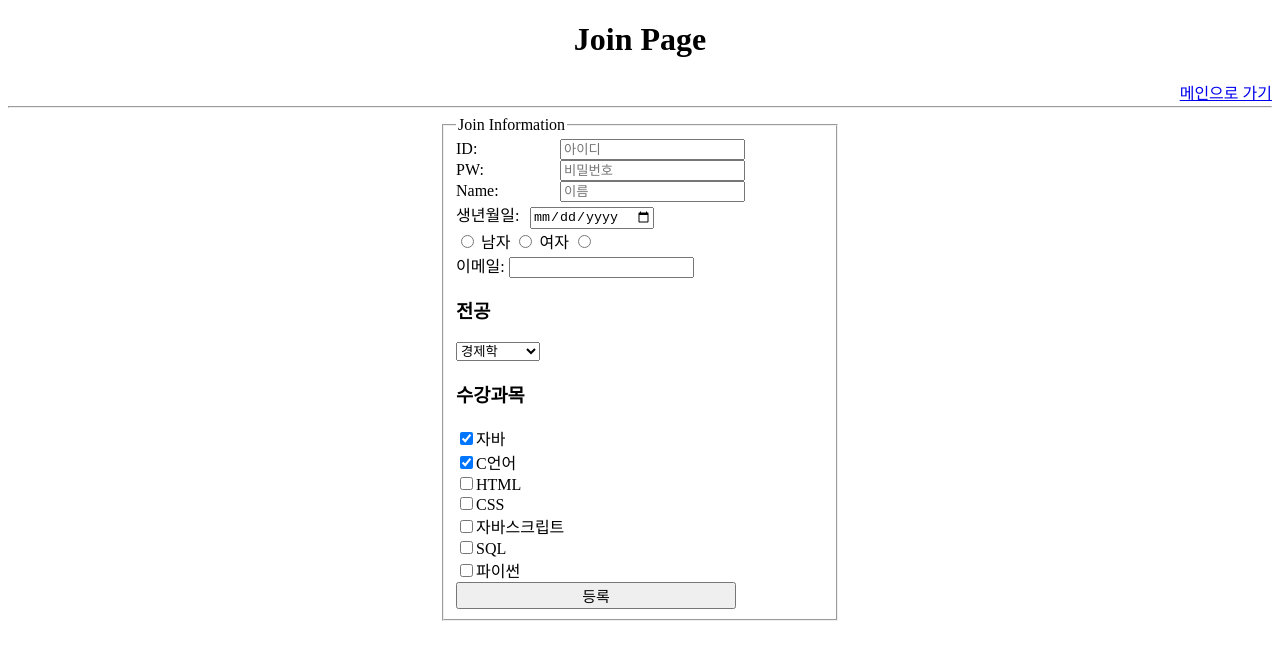
Repository: ByeonYJ/CSSTest
Page: GMSUI/WebContent/member/join.html
The author's editor kept a copy of each file at every save. The page is drawn from the files as they stood at one save, then again after the next save.
The browser window is 1280 px wide. The pictures show the whole page.

Above is the page before, as saved 2017-07-20 03:30:48.

### GMSUI/WebContent/member/join.html
<!DOCTYPE html>
<html>
<head>
<meta charset="UTF-8">
<title>Insert title here</title>
<style>
.text-center{text-align: center;}
.border-black{border: 1px solid black;}
.width-30pro{width:30%}
.text-deco-none{text-decoration: none;}
.table-border{border-collapse: collapse;}
.margin-auto{margin:0 auto;}
.list-none{list-style-type:none;}
.inline-block{display:inline-block}
.bgcolor-yellow{background-color:yellow;}
.bgcolor-red{background-color:red;}
.bgcolor-blue{background-color:blue;}
.float-right{float:right}
</style>
</head>
<body>
<div id="wrapper" class="width-100pro">
<h1 style="text-align: center;">Join Page</h1>
<a href="..index.html"class="float-right">메인으로 가기</a><br/>
<hr/>
</div>
<div id="container" class="margin-auto" style="width: 400px">
	<form id="join_form "action="">
		<fieldset>
		<legend>Join Information</legend>
			<span style="width: 100px; display: inline-block;">ID: </span>
			<input name="id" type="text" placeholder="아이디" /><br />
			<span style="width: 100px; display: inline-block;">PW: </span>
			<input name="password" type="password" placeholder="비밀번호"/><br />
			<span style="width: 100px; display: inline-block;">Name: </span>
			<input name="name" type="text" placeholder="이름"/><br />
			<span style="width: 70px; display: inline-block;">생년월일: </span>
			<input name="birthday" type="date" placeholder="생년월일"/><br />
			<input type="radio" name="gender" value="male"/> 남자
			<input type="radio" name="gender" value="female"/> 여자
			<input type="radio" name="gender" value="female"/>
			<br />
			이메일: <input type="email" name="email"/>
			<h3>전공</h3>
			<select name=major"" id="">
				<option value="computer" >컴퓨터공학</option>
				<option value="economics" selected="selected">경제학</option>
				<option value="tourism">관광학</option>
				<option value="art">미술학</option>
			</select><br />
			<h3>수강과목</h3>
			<input type="checkbox" name="subject" value="java" checked/>자바<br />
			<input type="checkbox" name="subject" value="c" checked/>C언어<br />
			<input type="checkbox" name="subject" value="html"/>HTML<br />
			<input type="checkbox" name="subject" value="css"/>CSS<br />
			<input type="checkbox" name="subject" value="javascript"/>자바스크립트<br />
			<input type="checkbox" name="subject" value="sql"/>SQL<br />
			<input type="checkbox" name="subject" value="python"/>파이썬<br />
			<input type="submit" value="등록" style="bgcolor-blue color: white; font-size: 15px; width: 280px;/>
			<input type="reset" value="취소" style="bgcolor-red color: white; font-size: 15px; width: 280px;"/>
		</fieldset>
	</form>
</div>
</div>
</body>
</html>

After the next save:
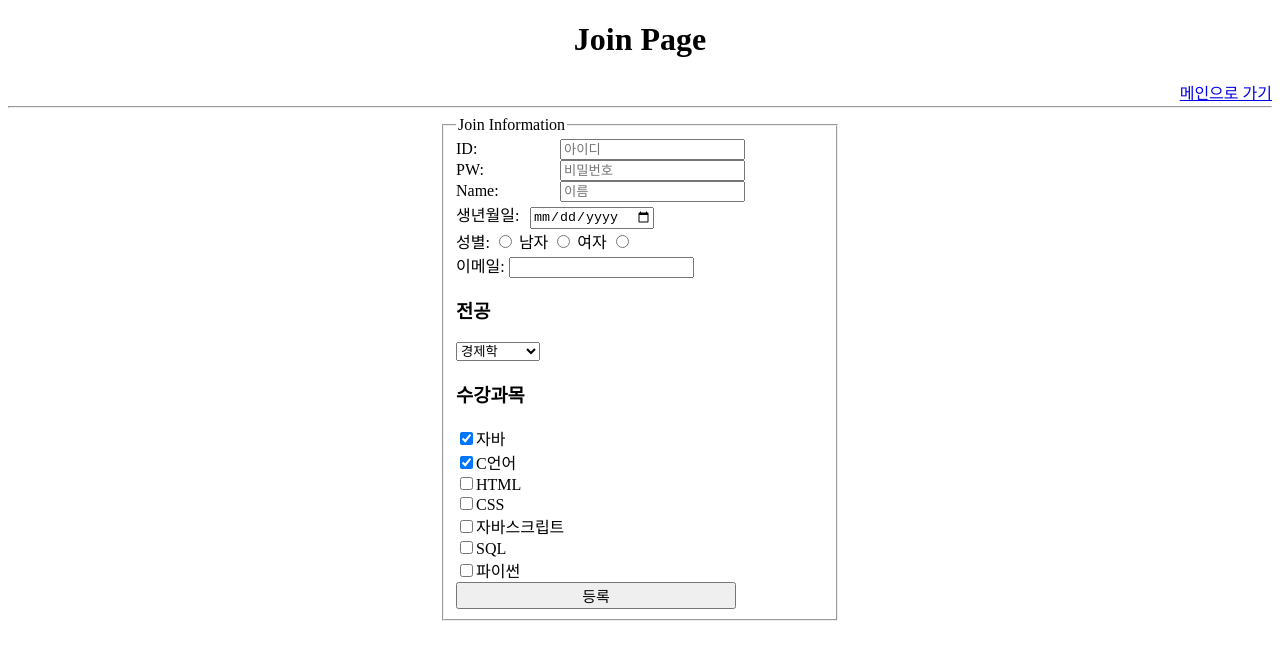
Saved 28 s later.
--- a/GMSUI/WebContent/member/join.html
+++ b/GMSUI/WebContent/member/join.html
@@ -36,7 +36,7 @@
 			<input name="name" type="text" placeholder="이름"/><br />
 			<span style="width: 70px; display: inline-block;">생년월일: </span>
 			<input name="birthday" type="date" placeholder="생년월일"/><br />
-			<input type="radio" name="gender" value="male"/> 남자
+			성별: <input type="radio" name="gender" value="male"/> 남자
 			<input type="radio" name="gender" value="female"/> 여자
 			<input type="radio" name="gender" value="female"/>
 			<br />
